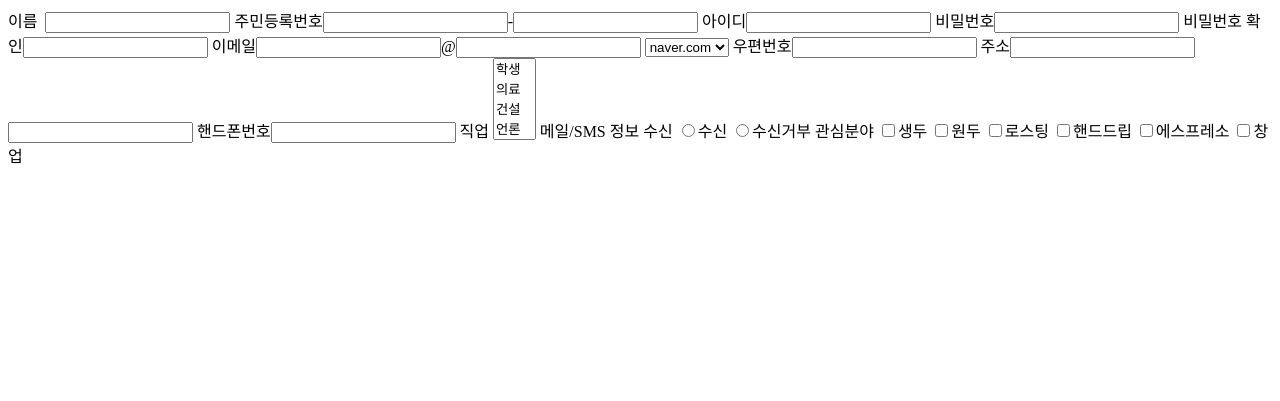
Repository: Yoon-jae-min/JSP-Servlet_Study
Page: http://localhost/self-study-01/join.jsp
These files come from the project's save history. The page is drawn as it stood at one moment and after the next save; the edit follows.
The browser window is 1280 px wide. The pictures show the whole page.
The page is served by Tomcat 10.

Above is the page before, as saved 2024-06-06 11:56:32.

After the next save:
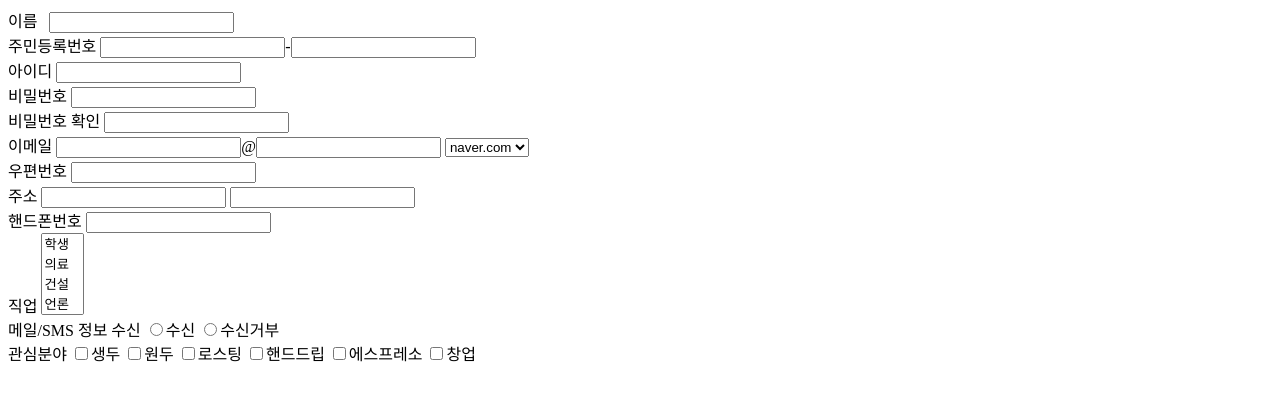
Saved 2 min 31 s later.
--- a/JSP&Servlet-selfStudy/self-study-01/src/main/webapp/join.jsp
+++ b/JSP&Servlet-selfStudy/self-study-01/src/main/webapp/join.jsp
@@ -8,39 +8,49 @@
 </head>
 <body>
 	<form method="post">
-		<label>이름 &nbsp;</label><input type="text" name="name">
-		<label>주민등록번호</label><input type="text" name="numFront">-<input type="password" name="numBehind">
-		<label>아이디</label><input type="text" name="id">
-		<label>비밀번호</label><input type="password" name="password">
-		<label>비밀번호 확인</label><input type="password" name="paswordCheck">
-		<label>이메일</label><input type="text" name="emailFront">@<input type="text" name="emailBehind">
-		<select>
-			<option>naver.com</option>
-			<option>daum.net</option>
-			<option>nate.com</option>
-			<option>gmail.com</option>
-		</select>
-		<label>우편번호</label><input type="text" name="addressNumber">
-		<label>주소</label><input type="text" name="addressFront"><input type="text" name="addressBehind">
-		<label>핸드폰번호</label><input type="text" name="telNum">
+		<label>이름 &nbsp;</label>
+			<input type="text" name="name"><br>
+		<label>주민등록번호</label>
+			<input type="text" name="numFront">-<input type="password" name="numBehind"><br>
+		<label>아이디</label>
+			<input type="text" name="id"><br>
+		<label>비밀번호</label>
+			<input type="password" name="password"><br>
+		<label>비밀번호 확인</label>
+			<input type="password" name="paswordCheck"><br>
+		<label>이메일</label>
+			<input type="text" name="emailFront">@<input type="text" name="emailBehind">
+			<select>
+				<option>naver.com</option>
+				<option>daum.net</option>
+				<option>nate.com</option>
+				<option>gmail.com</option>
+			</select><br>
+		<label>우편번호</label>
+			<input type="text" name="addressNumber"><br>
+		<label>주소</label>
+			<input type="text" name="addressFront">
+			<input type="text" name="addressBehind"><br>
+		<label>핸드폰번호</label>
+			<input type="text" name="telNum"><br>
 		<label>직업</label>
-		<select name="job" size="4">
-			<option>학생</option>
-			<option>의료</option>
-			<option>건설</option>
-			<option>언론</option>
-			<option>공무원</option>
-		</select>
+			<select name="job" size="4">
+				<option>학생</option>
+				<option>의료</option>
+				<option>건설</option>
+				<option>언론</option>
+				<option>공무원</option>
+			</select><br>
 		<label>메일/SMS 정보 수신</label>
-		<input type="radio" name="inform" value="ok">수신
-		<input type="radio" name="inform" value="no">수신거부
+			<input type="radio" name="inform" value="ok">수신
+			<input type="radio" name="inform" value="no">수신거부<br>
 		<label>관심분야</label>
-		<input type="checkbox" name="interest" value="생두">생두
-		<input type="checkbox" name="interest" value="원두">원두
-		<input type="checkbox" name="interest" value="로스팅">로스팅
-		<input type="checkbox" name="interest" value="핸드드립">핸드드립
-		<input type="checkbox" name="interest" value="에스프레소">에스프레소
-		<input type="checkbox" name="interest" value="창업">창업
+			<input type="checkbox" name="interest" value="생두">생두
+			<input type="checkbox" name="interest" value="원두">원두
+			<input type="checkbox" name="interest" value="로스팅">로스팅
+			<input type="checkbox" name="interest" value="핸드드립">핸드드립
+			<input type="checkbox" name="interest" value="에스프레소">에스프레소
+			<input type="checkbox" name="interest" value="창업">창업
 	</form>
 </body>
 </html>
